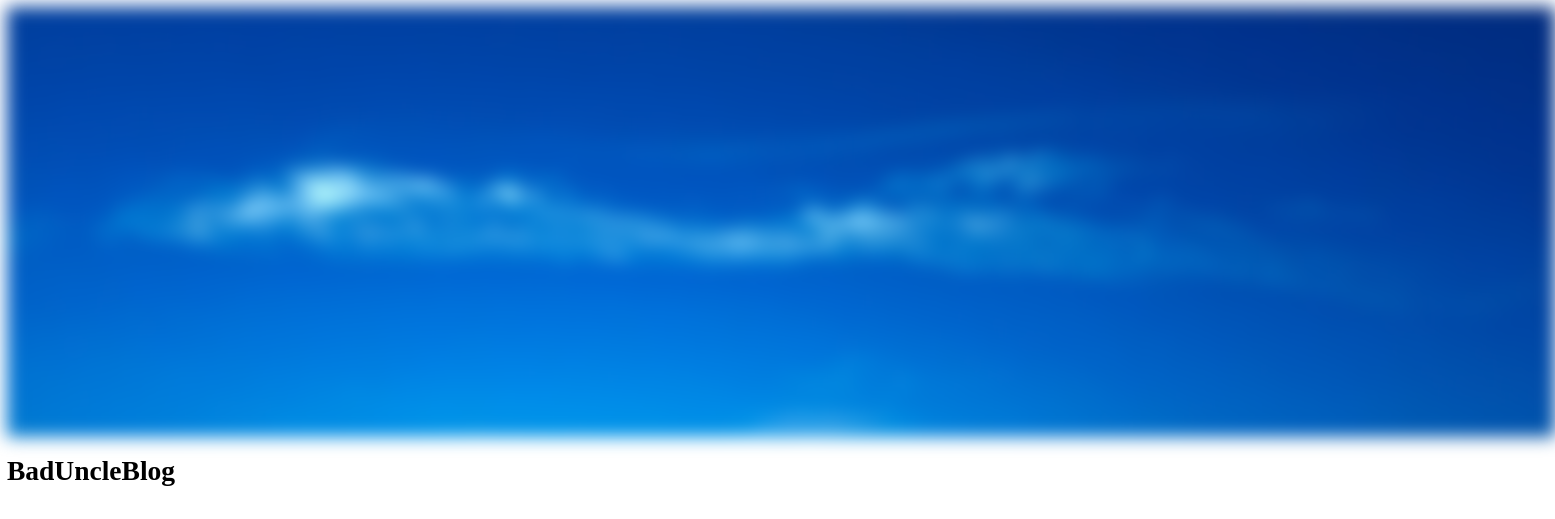
Repository: lidasi/monkeyLife
Page: http://localhost/monkeyLife/jsp/topbar.jsp
These files come from the project's save history. The page is drawn as it stood at one moment and after the next save; the edit follows.
The browser window is 1280 px wide. The page is 1808 px wide, so the pictures cover 1808 px, including what lies to the right of the window. The pictures show the whole page, at 86% of full size.
The page is served by Tomcat 9.

Above is the page before, as saved 2017-07-13 06:46:14.

After the next save:
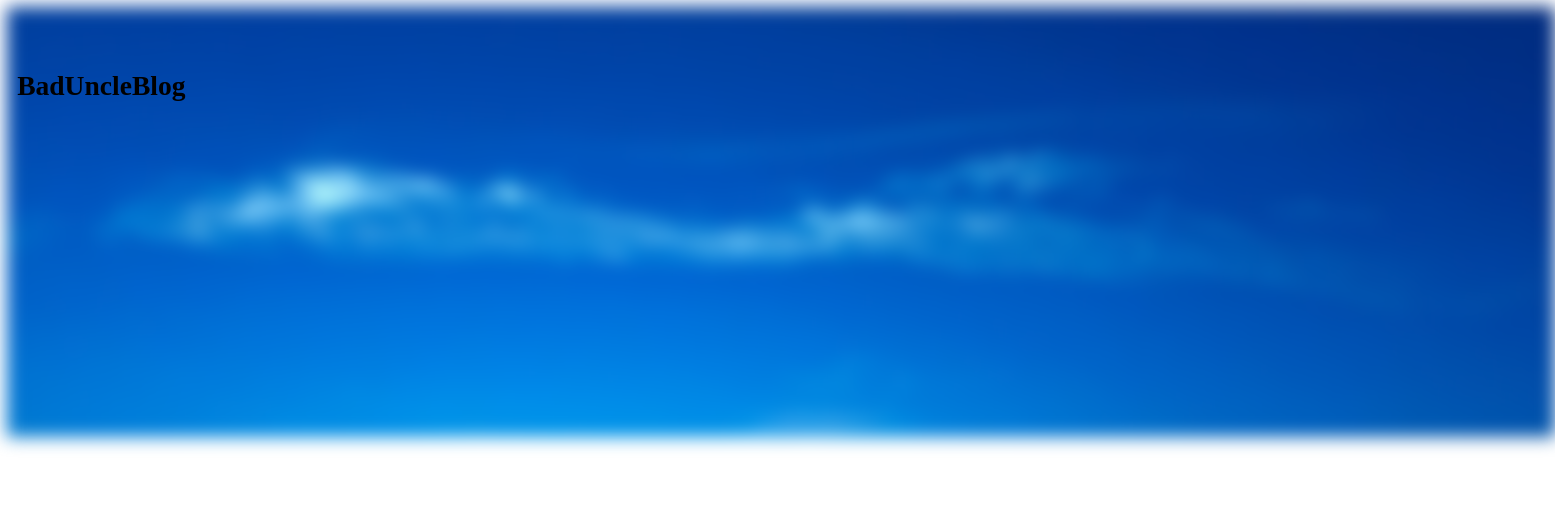
Saved 78 s later.
--- a/workSpeaces/monkeyLife/WebContent/css/top.css
+++ b/workSpeaces/monkeyLife/WebContent/css/top.css
@@ -27,3 +27,5 @@
     100% {top:0px; background:url("../image/dock/backgroundImage.jpg");
     }
 }
+
+#title { position: fixed; top: 60px; left: 20px; }
